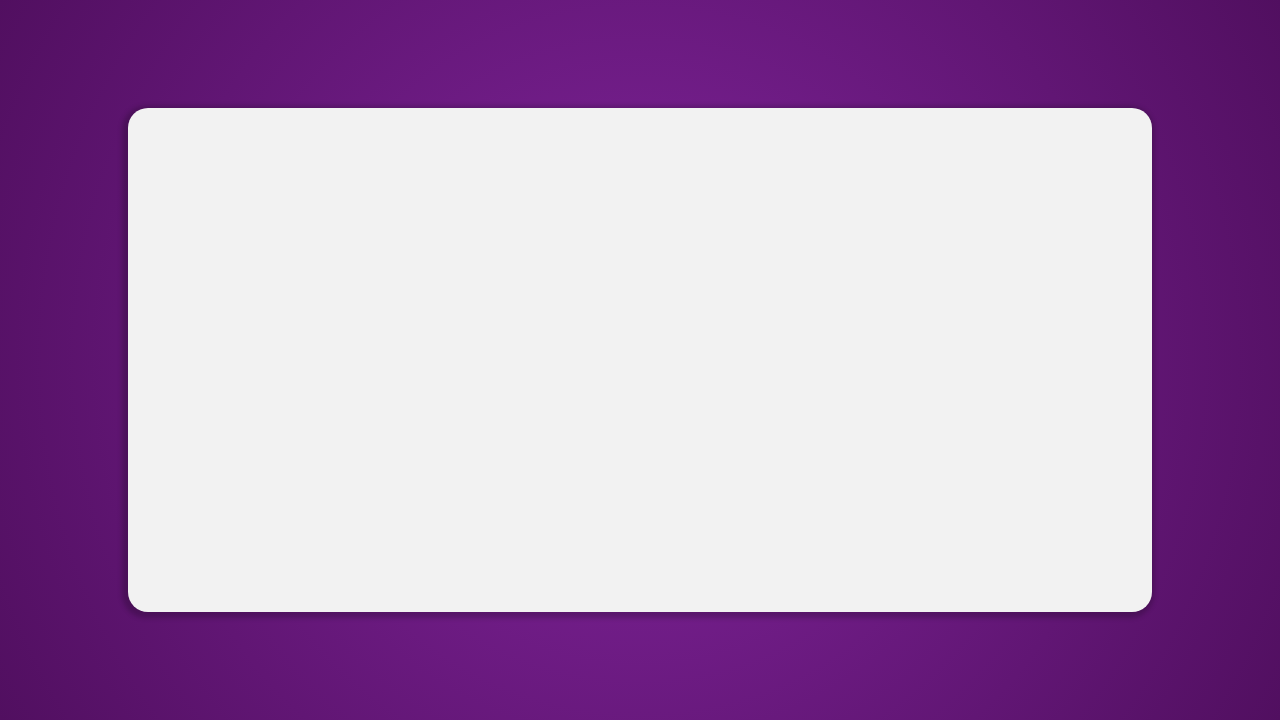
Repository: gabrielejandres/bd-final-project
Page: /play (app in frontend/)
The author's editor kept a copy of each file at every save. The page is drawn from the files as they stood at one save, then again after the next save.
The browser window is 1280 px wide. The pictures show the whole page.
The project was rebuilt for these pictures with package versions that can differ from the ones it lists, and the page was loaded fresh each time. Also part of the build but not shown: frontend/src/App.css, frontend/src/components/Button/index.jsx, frontend/src/components/Logo/style.css, frontend/src/components/Logo/index.jsx, frontend/src/components/Footer/Login/index.jsx, frontend/src/pages/Login/index.jsx, frontend/src/components/Footer/Home/style.css, frontend/src/components/Footer/Home/index.jsx and 1 more.

Above is the page before, as saved 2022-03-05 21:18:58.

### frontend/src/App.js
import './App.css';
import Login from './pages/Login/index.jsx'
import Home from './pages/Home/index.jsx'
import Play from './pages/Play/index.jsx';
import {BrowserRouter, Route, Routes} from 'react-router-dom';


function App() {
  return (
    <div>
      <BrowserRouter>
          <Routes>
            <Route path="/login" element={<Login/>}/>
            <Route path="/" element={<Home/>}/>
            <Route path="/play" element={<Play/>}/>
          </Routes>
      </BrowserRouter>
    </div>
  );
}

export default App;

### frontend/src/pages/Play/index.jsx
import './style.css'

export default function Play(){
  return (
    <div className="main-page">
      <div className="game-container">

      </div>
    </div>
  )
}

### frontend/src/pages/Login/style.css
@import url('https://fonts.googleapis.com/css2?family=Montserrat:wght@100;400;700;900&display=swap');

:root {
    --color-brand-primary: #510F60;
    --color-brand-secondary: #F17E50;

    --color-neutral-lightest: #F2F2F2;
    --color-neutral-medium: rgba(133,133,133, 1);
    --color-neutral-darkest: #363636;

    --primary-brand-font: 'Montserrat', sans-serif;
}

.main-page {
  background-image: radial-gradient(circle, #81249C, var(--color-brand-primary));

  height: 100vh;

  display: flex;
  justify-content: center;
  align-items: center;
}

.logo img {
  height: 15vh;

  display: flex;
  justify-content: center;
  align-items: center;
}

.container-login {
  width: 40vw;
  height: 60vh;

  display: flex;
  align-items: center;
  justify-content: center;
  flex-direction: column;

  background-color: var(--color-neutral-lightest);

  border-radius: 20px;
  box-shadow: -2px 2px 5px 4px rgba(0,0,0,0.2) ;
}

.access-area {
  display: flex;
  justify-content: center;

  width: 35vw;
}

.user-interaction {
  display: flex;
  align-items: center;
  flex-direction: column;
  justify-content: center;

  margin-left: 1.5vw;
}

.profile {
  width: auto;
  height: auto;

  margin-top: 30px;
  margin-bottom: 50px;
}

.profile img {
  height: 150px;
  width: auto;
}

.input{
  border-radius: 10px;
  border: 1px solid var(--color-neutral-medium);

  height: 24px;
  width: 12vw;

  margin-bottom: 2.5vh;
  padding: 1vh;

  background-color: rgba(133,133,133, 0.2);

  font-family: var(--primary-brand-font);
}

input:focus {
  outline: none;
}

.container-footer {
  width: 100%;

  display: flex;
  align-items: center;
  justify-content: center;
}

.continue-button {
  display: flex;
  align-items: center;
  justify-content: center;
}

### frontend/src/pages/Home/style.css
@import url('https://fonts.googleapis.com/css2?family=Montserrat:wght@100;400;700;900&display=swap');

:root{
    --color-brand-primary: #510F60;
    --color-brand-secondary: #F17E50;
    --color-neutral-lightest: #F2F2F2;
    --primary-brand-font: 'Montserrat', sans-serif;
}

.container{
    width: 35vw;
    height: 65vh;
    display: flex;
    align-items: center;
    justify-content: center;
    flex-direction: column;
    background-color: var(--color-neutral-lightest);
    border-radius: 20px;
    box-shadow: -2px 2px 5px 4px rgba(0,0,0,0.2) ;
    color: var(--color-neutral-darkest);
}

.container-content{
    display: flex;
    flex-direction: column;
    align-items: center;
    height: 80%;
    margin-top: 50px;
}

.buttons-area{
    display: flex;
    flex-direction: column;
    height: 26vh;
    align-items: center;
    justify-content: space-evenly;
    width: 100%;
    margin-top: 5.5vh;
}

.logo {
    width: 35vw;
    display: flex;
    justify-content: center;
    align-items: center;
}

### frontend/src/pages/Play/style.css
.game-container{
  width: 80vw;
  height: 70vh;
  display: flex;
  align-items: center;
  justify-content: center;
  flex-direction: column;
  background-color: var(--color-neutral-lightest);
  border-radius: 20px;
  box-shadow: -2px 2px 5px 4px rgba(0,0,0,0.2) ;
}

### frontend/src/components/Button/style.css
@import url('https://fonts.googleapis.com/css2?family=Montserrat:wght@100;400;500;700;900&display=swap');

:root{
    --color-brand-primary: #510F60;
    --color-brand-secondary: #F17E50;

    --color-neutral-lightest: #F2F2F2;
    --color-neutral-darkest: #363636;

    --primary-brand-font: 'Montserrat', sans-serif;
}

.button {
  cursor: pointer;
  border-radius:30px;
  line-height: 2.5rem;
  font-family: var(--primary-brand-font);
  font-weight: 500;
  height: 4vh;
  display: flex;
  align-items: center;
  justify-content: center;

  border: 1px solid var(--color-neutral-lightest);
  background-image: linear-gradient(-180deg, var(--color-brand-secondary) 0%, #E66038 100%);
  box-shadow: 0 0 0.25rem 0 grey,
              0 -0.25rem 1.5rem rgba(255, 255, 255, 0.1) inset,
              0 0.75rem 0.5rem rgba(255,255,255, 0.4) inset,
              0 0.25rem 0.5rem 0 rgba(255, 255, 255, 0.3) inset;

  color: var(--color-neutral-lightest);

  padding: 2.5vh;
}

### frontend/src/components/Footer/Login/style.css
@import url('https://fonts.googleapis.com/css2?family=Montserrat:wght@100;400;700;900&display=swap');

:root {
    --color-brand-primary: #510F60;
    --color-brand-secondary: #F17E50;

    --color-neutral-lightest: #F2F2F2;
    --color-neutral-medium: rgba(133,133,133, 1);
    --color-neutral-darkest: #363636;

    --primary-brand-font: 'Montserrat', sans-serif;
}

.text-login hr{
    width: 6vw;
    border: 0;
    height: 1.90px;
    background-color: grey;
    margin-top: 1.2vh;
    margin-left: 0.5vw;
    margin-right: 0.5vw;
}

.text-login {
    display: flex;
    justify-content:center;
    align-items: center;

    color: var(--color-neutral-darkest);

    font-family: var(--primary-brand-font);
}

.login-icons {
    display: flex;
    justify-content: center;
}

.login-icons img {
    width: auto;
    height: 35px;

    padding: 0.5vw;
}

Loaded but not shown: frontend/public/index.html (common file); frontend/src/index.js (common file); frontend/src/index.css (common file)

After the next save:
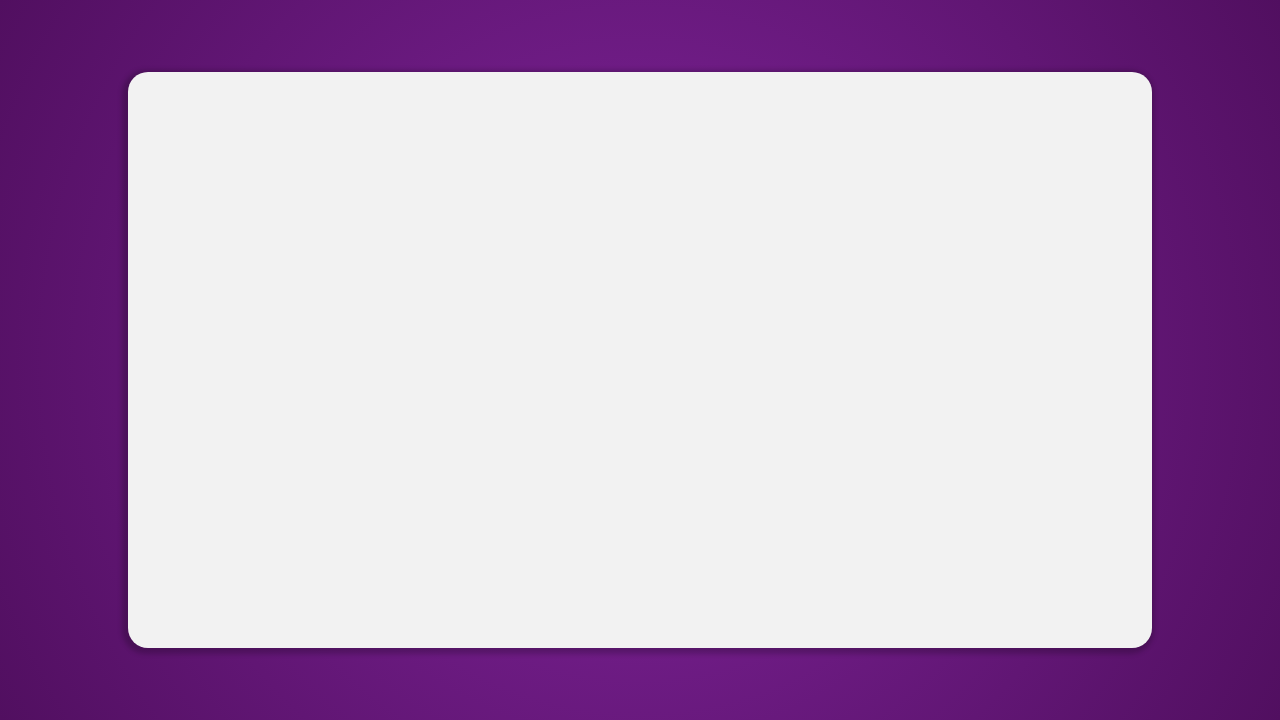
Saved 9 s later.
--- a/frontend/src/pages/Play/style.css
+++ b/frontend/src/pages/Play/style.css
@@ -1,6 +1,6 @@
 .game-container{
   width: 80vw;
-  height: 70vh;
+  height: 80vh;
   display: flex;
   align-items: center;
   justify-content: center;
